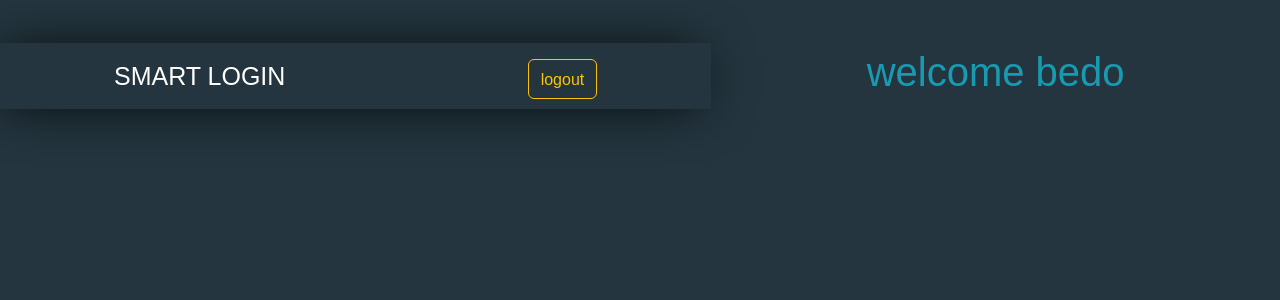
Repository: bodajava/TASK-4
Page: theerdIndex.html
An editor plug-in stored every save of this project. The page is shown before and after the next save, followed by the edit.
The browser window is 1280 px wide. The pictures show the whole page.

Above is the page before, as saved 2025-06-18 19:09:05.

After the next save:
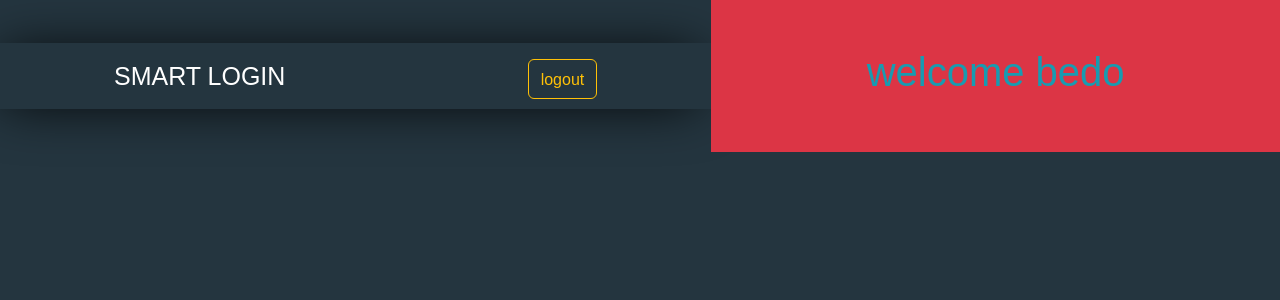
Saved 46 s later.
--- a/theerdIndex.html
+++ b/theerdIndex.html
@@ -45,7 +45,7 @@
     </div>
 
     <div
-      class="group m-auto w-75 p-5 d-flex justify-content-center align-items-center"
+      class="group m-auto w-75 p-5 d-flex justify-content-center align-items-center bg-danger"
     >
       <h1 id="userName">welcome bedo</h1>
     </div>
